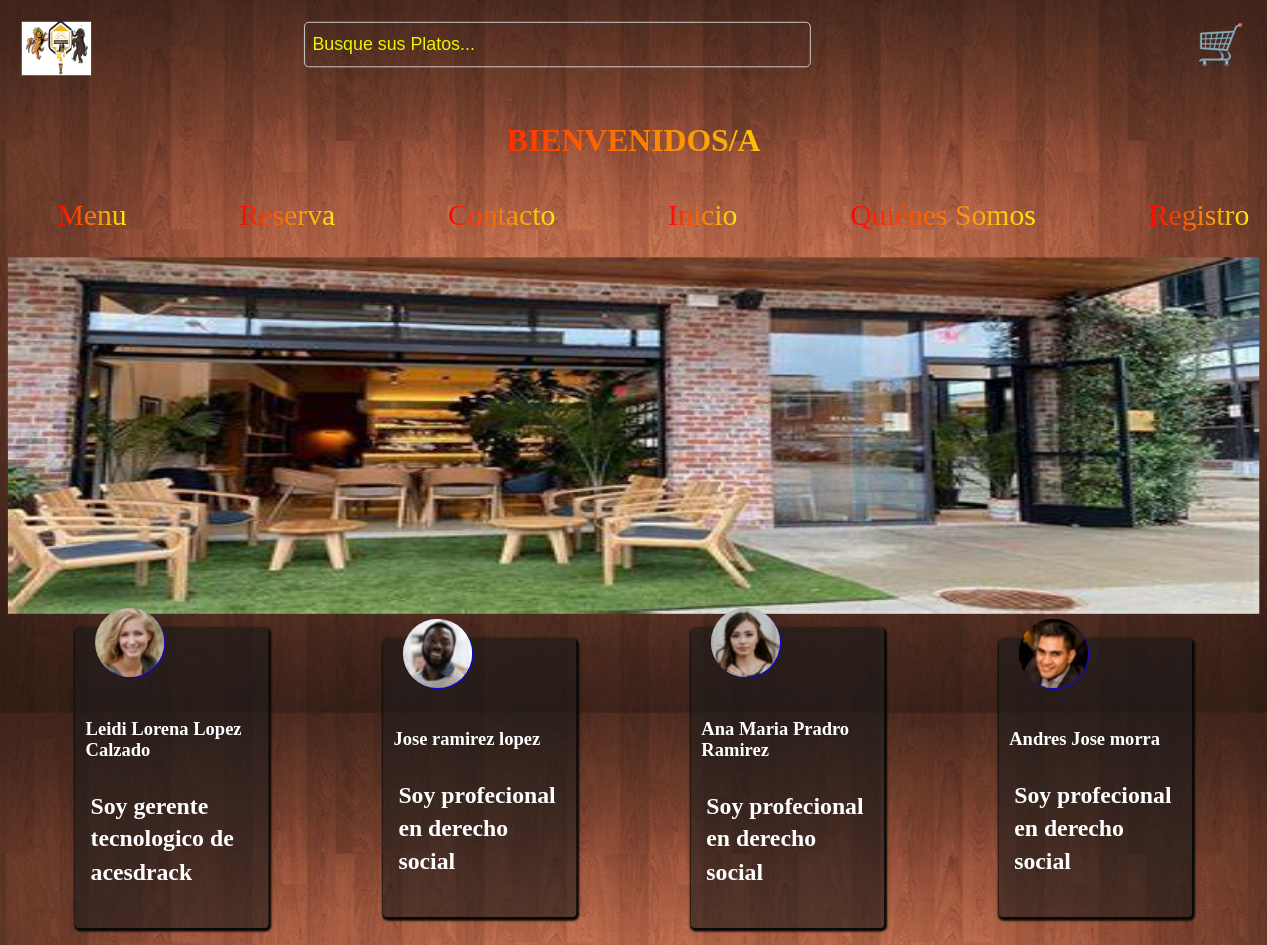
Repository: ye909/app_restaurante
Page: index.html
An editor plug-in stored every save of this project. The page is shown before and after the next save, followed by the edit.
The browser window is 1280 px wide. The pictures show the whole page, at 99% of full size.
Backgrounds fixed to the window are drawn as part of the page.

Above is the page before, as saved 2025-01-12 07:22:48.
Console error: ReferenceError: menuItems is not defined

### index.html
<!DOCTYPE html>
<html lang="en">

<head>
  <meta charset="UTF-8">
  <meta name="viewport" content="width=device-width, initial-scale=1.0">
  <title>Document</title>
  <link rel="Icon" href="./public/imagen/letra.ico">
  <link rel="stylesheet" href="/css/menu_principal.css">
  <link rel="stylesheet" href="/css/footer.css">
  <link rel="stylesheet" href="/css/heder.css">
  <link rel="stylesheet" href="/css/modal_card.css">
  <link rel="stylesheet" href="/css/stilo.css">
  <link rel="stylesheet" href="/css/menu_navegacion.css">
  <link rel="stylesheet" href="/css/reservar.css">

</head>

<body>
  <header>
    <div class="container_header_card">
      <div class="imagen"><img src="/public/imagen/login.gif" alt=""></div>

      <input type="text" id="buscar" class="buscar" placeholder="Busque sus Platos...">
      <ul id="productList" class="productList"></ul>

      <div id="cart-btn" class="shopping">🛒</div>

  </header>



  <h1 class="bienvenida" id="bienvenida">BIENVENIDOS/A</h1>
  <nav>
    <ul>
      <li id="menu-btn"><a href="#">Menu</a></li>

      <li><a href="./maquetacion/templei/reserva.html" target="_self">Reserva</a></li>
      <li><a href="#contacto">Contacto</a></li>
      <li><a href="./public/templeis/login.html" target="_self">Inicio</a></li>
      <li><a href="#somos">Quiénes Somos</a></li>
      <li><a href="./public/templeis/registro.html" target="_self">Registro</a> </li>
    </ul>
  </nav>
 <img src="./public/imagen/rrstaurante1.jpg" alt="" class="imgRestaurante">

  <main id="menu-view" class="menu-view">
    <div class="filter-buttons">
      <button class="filter" data-region="Todos">Todos</button>
      <button class="filter" data-region="Latinoamérica">Latinoamérica</button>
      <button class="filter" data-region="Centroamérica">Centroamérica</button>
      <button class="filter" data-region="Suramérica">Suramérica</button>
    </div>
    <div id="menu-items" class="menu-items"></div>
    <div>
      <h1>aaas</h1>
    </div>
    <audio id="clickSound" src="./public/audio/mouse_btn3.mp3"></audio>
  </main>


  <main id="cart-view" class="cart-view">
    <h2 class="carro">Carrito de Compras</h2>
    <div id="cart-items" class="cart-items"></div>
    <div class="cart-total">
      <p>Total: <span id="cart-total">$0.00</span></p>
      <button id="back-to-menu">Volver al Menú</button>
      <button id="Domicilio"> <a href="./maquetacion/templei/domicilio.html"  target="_self">Domicilio</a></button>

    </div>
  </main>

  <div class="container_card_persona">

    <article class="container_persona">
      <img src="./public/imagen/mona.jpg" alt=""><br><br>
      <h3>Leidi Lorena Lopez Calzado</h3>
      <p>Soy gerente tecnologico de acesdrack </p>
    </article>

    <article class="container_persona">
      <img src="./public/imagen/afro.jpg" alt=""><br><br>
      <h3>Jose ramirez lopez</h3>
      <p>Soy profecional en derecho social</p>
    </article>


    <article class="container_persona">
      <img src="./public/imagen/indigena.jpg" alt=""><br><br>
      <h3>Ana Maria Pradro Ramirez</h3>
      <p>Soy profecional en derecho social</p>
    </article>

    <article class="container_persona">
      <img src="./public/imagen/mestizo.jpg" alt=""><br><br>
      <h3>Andres Jose morra</h3>
      <p>Soy profecional en derecho social</p>
    </article>


  </div>
  <!--
  <p class="text_invitacion"> Los envitamos a que descubra una explosión de sabores en cada bocado. <br>
    Tu próxima experiencia gastronómica inolvidable te espera.
  </p>
  <br> <br>

  <div class="quienes_somos" id="somos">
    <h1>Quiénes Somos</h1>
    <p>En <strong>Gostriafromix</strong>, somos un restaurante apasionado por la buena comida y el servicio de calidad.
      <br>
      Fundado con el propósito de ofrecer una experiencia gastronómica única, combinamos ingredientes frescos con
      recetas innovadoras para crear platos que deleitan el paladar. <br>
      Nuestro equipo está compuesto por chefs experimentados y personal dedicado que trabaja día a día para hacer que
      cada visita sea inolvidable.
    </p>
    <p>Nuestro objetivo es brindarte un ambiente acogedor donde puedas disfrutar de momentos especiales, ya sea con
      amigos, familiares o en una ocasión especial. Te invitamos a
      visitarnos y descubrir por qué somos el lugar preferido por los amantes de la buena comida.</p>
  </div>

  <footer>
    <div class="conataine_footer">
      <div>
        <h4>Servicio al ciudadano</h4>
        <p><span>L</span>ínea directa <br> <br> (601) 2773555</p>
        <p id="domicilio"><span>S</span>ervicios ha domicilio<br> <br>328866178 <br><br>Dirreccion calle 12# 43-23 sur
        </p>

      </div>

      <div>
        <h4>Lineas de atencion</h4>
        <p><span>E</span>n Bogotá, <br> desde fijo o celular, al <br><br>
          (601) 307 70 51 <br><br>
          01 8000 930100 <br><br>
          <span>D</span>esde celular marca <br><br>
          #961
        </p>
      </div>
      <div>
        <h4>Redes</h4>
        <div><a href=""><i class="fa-brands fa-facebook"> </i></a> Facebook</div>
        <div><a href=""><i class="fa-brands fa-twitter"></i></a>Twitter</div>
        <div><a href=""><i class="fa-brands fa-linkedin"></i> </a>Linkedin</div>
        <div><a href=""><i class="fa-brands fa-instagram"></i></a> Instagram</div>
      </div>
      <div>
        <h4 id="contacto">Contacto</h4>
        <p><span>D</span>irección Nacional<br><br>
          <span>C</span>arrera 85K No. 46A-66<br><br>
          <span>b</span>ogotá D.C., Colombia<br><br>
          <span>T</span>eléfono administrativo<br><br>
          (60)1 419 3000
        </p>
      </div>

      <div>
        <h4> Canales de atención</h4>
        <p><a href="#">Preguntas frecuentes</p></a><br>
        <p><a href="#">Escríbe tu PQRS</p></a><br>
        <p><a href="#">Nuestras sedes</p></a>
      </div>
    </div>
  </footer>
  <div class="container_final">2024 Bogota Colombia D.C</div> -->


  <script src="./js/script.js"></script>
  <script src="./js/productos.js"></script>
  <script src="./js/dinamico.js"></script>
</body>

</html>

### css/menu_principal.css
:scope{
    padding: 0%;
    margin: 0%;
    overflow: scroll;
}

html {
    scroll-behavior: smooth;
    background-image: url(../public/imagen/janos.jpg);
    background-repeat: no-repeat;
    background-size: cover;
    background-attachment: fixed;
    background-size: 100% 100%;
    height: auto;
  }
  .container_card_persona {
    display: flex;
    justify-content: space-around;
    align-items: center;
    flex-direction: row;
    flex-wrap: wrap;
    padding: 10px;
  }
  .container_persona {
    width: 14%;
    background: rgba(26, 25, 25, 0.6);
    border-radius: 4px;
    color: white;
    padding: 10px;
    height: auto;
    box-shadow: rgb(8, 8, 8) 1px 2px 2px 2px;
  }
  .container_persona img {
    object-fit: cover;
    width: 40%;
    margin-left: 10px;
    margin-top: -30px;
    border-radius: 80px;
    box-shadow: rgb(8, 4, 247) 1px 1px 1px;
  }
/*






  h3 {
    text-align: center;
    color: yellow;
  }
  .container_persona p {
    padding: 6px;
    font-size: 18px;
    list-style: 1.4;
  }

  .quienes-somos {
    width: 100%;
    text-align: center;
    background: rgba(232, 232, 157, 0.4);
  }
  .quienes-somos p {
    font-size: 30px;
    line-height: 1.4;
  }

  .text_invitacion {
    font-size: 25px;
    line-height: 1.4;
    width: 99%;
    text-align: center;
    background: rgba(232, 232, 157, 0.2);
  }
   */

### css/footer.css
.conataine_footer {
  display: flex;
  justify-content: space-between;
  flex-direction: row;
  flex-wrap: wrap;
  margin: 10px;
}

p {

  padding: 5px;
  font-size: 20px;
  font-weight: bold;
}
span {
  font-size: 25px;
}
.quienes_somos {
  background:rgba(161, 161, 59, 0.5);
}
.quienes_somos p{
  text-align: center;
font-size: 25px;
}
:is(.container_final) {
  display: flex;
  justify-content: center;
  align-items: center;
}

h4 {
  color: blue;
  font-size: 30px;
}
:is(.container_final, h4, i) {
  padding: 10px;
}
.container_final {
  background: rgba(12, 12, 12, 0.2);
  color: white;
}
.fa-facebook {
  color: rgb(5, 5, 253);
}
.fa-twitter {
  color: rgb(8, 123, 245);
}
.fa-linkedin {
  color: rgb(71, 71, 155);
}
.fa-instagram {
  color: rgb(243, 17, 17);
}
a {
  cursor: pointer;

}
footer a {
  font-size: 20px;
  color: white;
}
footer {
  background: rgba(10, 10, 10, 0.6);
  color: white;
}

### css/heder.css
.container_header_card{
    display: flex;
    justify-content: space-between;
    justify-items: center;
    flex-direction: row;
    flex-wrap: wrap;
    padding: 14px;
    }

 .productList {
     list-style-type: none;
     padding: 0;
 }

 .productList li {
     padding: 10px;
     border-bottom: 1px solid #ccc;
 }

 .productList li:last-child {
     border-bottom: none;
 }

  .container_header_card img{
    width: 70px;
}
  .shopping{
    font-size: 40px;
cursor: pointer;
}
.buscar::placeholder{
    color:rgb(232, 248, 3);
    font-size: 18px;
}

.buscar {
    width: 40%;
    height: 3.9vh;
    background:transparent;
    color:white;
    font-size: 18px;
    border-radius: 5px;
    margin-left: 20px;
}
:is(.bienvenida,
 .buscar){
     padding: 8px;
 }
 .bienvenida{
    background-image:linear-gradient(to left, rgb(4, 151, 4), rgb(248, 244, 7),  red,rgb(14, 14, 240));
    -webkit-text-fill-color:transparent;
    -webkit-background-clip: text;
    background-clip: text;
    text-align: center;


}

### css/modal_card.css
t-items{
     display: none;
}
.card {
  width: 15%;
  height: 20vh;
  padding: 10px;
  background: rgba(0, 0, 0, 0.4);
  border-radius: 10px;
}
h1{
  text-align: center;
  padding: 10px;

}
.carro{
  color:yellow;
}
.card img {
  width: 100%;
  height: 150px;
  object-fit: cover;
  border-radius: 5px;
}
.cart-view,.menu-view{
  display: none;
}
.card button {
  margin-top: 10px;
  background-color: #007bff;
  color: white;
  border: none;
  padding: 10px;
  border-radius: 5px;
  cursor: pointer;
}

.card button:hover {
  background-color: #0056b3;
}

.cart-total {
  text-align: right;
  margin: 20px;
}


.cart-total{
  font-size: 20px;
  color:blue;
}
button {
  width: 270px;
  padding: 10px;

  margin: 10px;
  transition: background-color 0.3s ease, transform 0.2s ease;
  border-radius: 20px ;
  background: rgba(247, 247, 248, 0.568) ;
  color: blue;
  font-size: 20px;
}
button:hover {
  border: none;
  background: #0606f8fd;
  color: black;
  box-shadow: rgb(7, 71, 236) 2px 2px 2px, rgb(7, 71, 236) 2px 2px 2px,
    rgb(7, 71, 236) 2px 2px 2px, rgb(7, 71, 236) 2px 2px 2px;
}

### css/stilo.css


/*

    .filter-buttons {
      margin: 20px;
      text-align: center;
    }

    .filter {
      margin: 5px;
      padding: 10px 15px;
      background-color: #007bff;
      color: white;
      border: none;
      cursor: pointer;
      border-radius: 5px;
    }

    .filter:hover {
      background-color: #0056b3;
    }
    .menu-items,.cart-view{
      display: flex;
      justify-content: space-between;
      justify-content: center;
      flex-direction: row;
      flex-wrap: wrap;
      gap: 20px;
    }
     */

### css/menu_navegacion.css


ul{
display: flex;
justify-content: space-between;
text-align: center;
flex-direction: row;
flex-wrap: wrap;
}
li{
    font-size: 30px;
    list-style: none;
margin: 10px;

}
.imgRestaurante {
    width: 100%;
    height: 50vh;

  }
a{

    list-style: none;
    text-decoration: none;
    color: blue;
}
li:hover{
    transition: 1s ease , transform 1s ease;
    border-bottom: 2px solid yellow;


}
nav a{
    background-image:linear-gradient(to left, rgb(248, 244, 7),  red);
    -webkit-text-fill-color:transparent;
    -webkit-background-clip: text;
    background-clip: text;
    text-align: center;
}

### css/reservar.css

html {
    scroll-behavior: smooth;
    background-image: url(../public/imagen/fondo_card.jpg);
    background-repeat: no-repeat;
    background-size: cover;
    background-attachment: fixed;
    background-size: 100% 100%;
    height: auto;
  }
.container {
    max-width: 450px;
    margin: 100px 700px;
    background:rgba(14, 13, 13,0.3);
    box-shadow: rgb(7, 71, 236)  1px 1px 1px 2px,rgb(7, 71, 236) 1px  1px 1px 2px;
    padding: 20px;
    border-radius: 8px;

}
.form{
  padding: 10px;
  margin-left: 30px;
}
.title {
    text-align: center;
    font-size: 30px;
    margin-bottom: 20px;
  }

  .form-group {
    margin-bottom: 15px;
  }


  label {
    display: block;
    margin-bottom: 5px;
    font-weight: bold;
    font-size: 25px;
  }
  ::placeholder{
    font-size: 20px;
  }
  input:focus{

  outline: 1px solid #007BFF;
  background:transparent;
  color:white;
  }
  input, textarea {
    width: 80%;
    padding: 10px;
    border: 1px solid #ccc;
    border-radius: 4px;
  }
  #hora{
    width: 60%;
  }

  .inline-group {
    display: flex;
    gap: 15px;
  }

  .inline-group > div {
    flex: 1;
  }

  textarea {
    resize: vertical;
  }

.submit-button {
  width: 86%;
  padding: 10px;
  background-color: #007BFF;
  color: white;
  border: none;
  border-radius: 4px;
  font-size: 16px;
  cursor: pointer;
}

.submit-button:hover {
  background-color: #0056b3;
}

/*crear la animacion donde el mensaje salga de ariba asta el centro de la panta */

.container_modal_reserva{
  transition: 2s;
  max-width: 450px;
  margin: 100px 700px;
  background:rgba(14, 13, 13,0.3);
  box-shadow: rgb(7, 71, 236)  1px 1px 1px 2px,rgb(7, 71, 236) 1px  1px 1px 2px;
  padding: 20px;
  border-radius: 8px;
 opacity: 0;

}
h1 {
  color: #007bff;
  text-align: center;
}
p {
  line-height: 1.4;
  font-size: 24px;
}
.mensaje{
  text-align: center;
  font-weight: bolder;
}
.validar_nombre{
    font-size: 30px;
    color: white;
}

### js/script.js

  let cart = [];
  let selectedRegion = "Todos";

  const menuView = document.getElementById("menu-view");
  const cartView = document.getElementById("cart-view");
  const menuItemsContainer = document.getElementById("menu-items");
  const cartItemsContainer = document.getElementById("cart-items");
  const cartTotal = document.getElementById("cart-total");

  document.querySelectorAll(".filter").forEach(button => {
    button.addEventListener("click", () => {
      selectedRegion = button.getAttribute("data-region");
      renderMenu();
    });
  });

  document.getElementById("menu-btn").addEventListener("click", () => {
    menuView.style.display = "block";
    cartView.style.display = "none";
  });

  document.getElementById("cart-btn").addEventListener("click", () => {
    menuView.style.display = "none";
    cartView.style.display = "block";
    renderCart();
  });

  document.getElementById("back-to-menu").addEventListener("click", () => {
    menuView.style.display = "block";
    cartView.style.display = "none";
  });

  function renderMenu() {
    menuItemsContainer.innerHTML = "";
    const filteredItems = selectedRegion === "Todos" ? menuItems : menuItems.filter(item => item.region === selectedRegion);
    filteredItems.forEach(item => {
      const card = document.createElement("div");
      card.className = "card";
      card.innerHTML = `
        <img src="${item.image}" alt="${item.name}">
        <h3>${item.name}</h3>
        <p>${item.description}</p>
        <p><strong>$${item.price.toFixed(2)}</strong></p>
        <button onclick="addToCart(${item.id})">Agregar</button>
      `;
      menuItemsContainer.appendChild(card);
    });
  }

  function renderCart() {
    cartItemsContainer.innerHTML = "";
    cart.forEach(item => {
      const cartItem = document.createElement("div");
      cartItem.className = "card";
      cartItem.innerHTML = `
        <h3>${item.name}</h3>
        <p>Cantidad: ${item.quantity}</p>
        <p><strong>$${(item.price * item.quantity).toFixed(2)}</strong></p>
      `;
      cartItemsContainer.appendChild(cartItem);
    });
    const total = cart.reduce((sum, item) => sum + item.price * item.quantity, 0);
    cartTotal.textContent = `$${total.toFixed(2)}`;
  }

  function addToCart(id) {
    const item = menuItems.find(item => item.id === id);
    const cartItem = cart.find(item => item.id === id);
    if (cartItem) {
      cartItem.quantity++;
    } else {
      cart.push({ ...item, quantity: 1 });
    }
  }

  renderMenu();

### js/productos.js
const menuItems = [
  { id: 1, name: "Tacos al Pastor", description: "Delicious tacos", price: 12.99, image: "https://via.placeholder.com/150", region: "Latinoamérica" },
  { id: 2, name: "Pupusas", description: "Thick griddle cakes", price: 9.99, image: "https://via.placeholder.com/150", region: "Centroamérica" },
  { id: 3, name: "Ceviche", description: "Fresh seafood", price: 15.99, image: "https://via.placeholder.com/150", region: "Suramérica" },
];


// const menuItems = [

//     {
//       id:1,
//       nombre: "Bebida caliente",
//       img: "./public/imagen/bebidas_calientes1.PNG",
//       precio: 20000,
//       descripcion1: "hecho en los mejores lugares de paris",
//       cantidad: 1,
//     },

//     {
//       id:4,
//     precio:10000,
//     nombre:"carne",
//     img:"./public/imagen/mexica1.jpg",
//       descripcion:"Los tacos son uno de los mida "
//     , descripcion1:"tanos"
//     },
//     {
//       id:5,
//       precio:100,
//       nombre:"Sancocho",
//       img:"./public/imagen/sancocho.webp",
//         descripcion:"ya no kkkkk",
//          descripcion1:"plato de casula"
//     },
//     {
//       id:6,
//       precio:30000,
//     nombre:"Lechona",
//     img:"./public/imagen/mexica2.jpg",
//       descripcion:"La lechona es un plato típico de la "
//      ,descripcion1:"plátanos rellenos"
//     },
//     {
//       id:7,
//     precio:90000,
//     nombre:"Postre",
//     img:"./public/imagen/postre2.PNG",
//       descripcion:"ya nhhjshhshao ",
//        descripcion1:"Sabor y dulsura en el plato"
//     },
//     {
//       id:8,
//     precio:10000,
//     nombre:"Coltel",
//     img:"./public/imagen/coltel.webp",
//       descripcion:"Los tacos son uno de comida "
//     , descripcion1:"tanos"
//     },

//     {
//       id:10,
//       precio:30000,
//     nombre:"Cerveza",
//     img:"./public/imagen/cervezas.webp",
//       descripcion:"La lechona es un conoce como "
//      ,descripcion1:"plátanos rellenos"
//     },
//     {
//       id:9,
//       precio:100,
//       nombre:"plátanos rellenos",
//       img:"./public/imagen/platano.PNG",
//         descripcion:"ya no kkkkk",
//          descripcion1:"Rellenos de bocadillo y queso"
//     },
//     {
//       id:10,
//       precio:30000,
//     nombre:"Jugos",
//     img:"./public/imagen/JUGOS_NATURALES.jpg",
//       descripcion:"La lechona es unente se conoce como "
//      ,descripcion1:"plátanos rellenos"
//     },
//     {
//       id:11,
//     precio:90000,
//     nombre:"Arrozanas",
//     img:"./public/imagen/mexico6.jpg",
//       descripcion:"ya nhhjshhshao ",
//        descripcion1:"plátanos rellenos"
//     },
//     {
//     id:11,
//     precio:90000,
//     nombre:"Licor",
//     img:"./public/imagen/licores.webp",
//       descripcion:"ya nhhjshhshao ",
//        descripcion1:"plátanos rellenos"
//     }
//     //    contenido:"ya no"
//   ];

### js/dinamico.js


const menuview = document.getElementById("menu-view")
const menu_principal=document.getElementById("menu_principal").addEventListener("click",ver_menu)

// texto de bienvenida

setTimeout(()=>{
    const bienvenida = document.getElementById("bienvenida").remove()
    bienvenida.style.transition=" background-color 0.3s ease, transform 0.7s ease; "
},3000)


// audio de los botones
const playSound = function () {
    var audio = document.getElementById("clickSound");
    audio.play();
  }





// // Ejemplo de notificación (opcional)
// document.getElementById('btnboton_agregar').addEventListener('click', () => {
//     if (Notification.permission === 'granted') {
//         new Notification('¡Hola desde tu PWA!');
//     } else if (Notification.permission !== 'denied') {
//         Notification.requestPermission().then((permission) => {
//             if (permission === 'granted') {
//                 new Notification('¡Hola desde tu PWA!');
//             }
//         });
//     }
// });

After the next save:
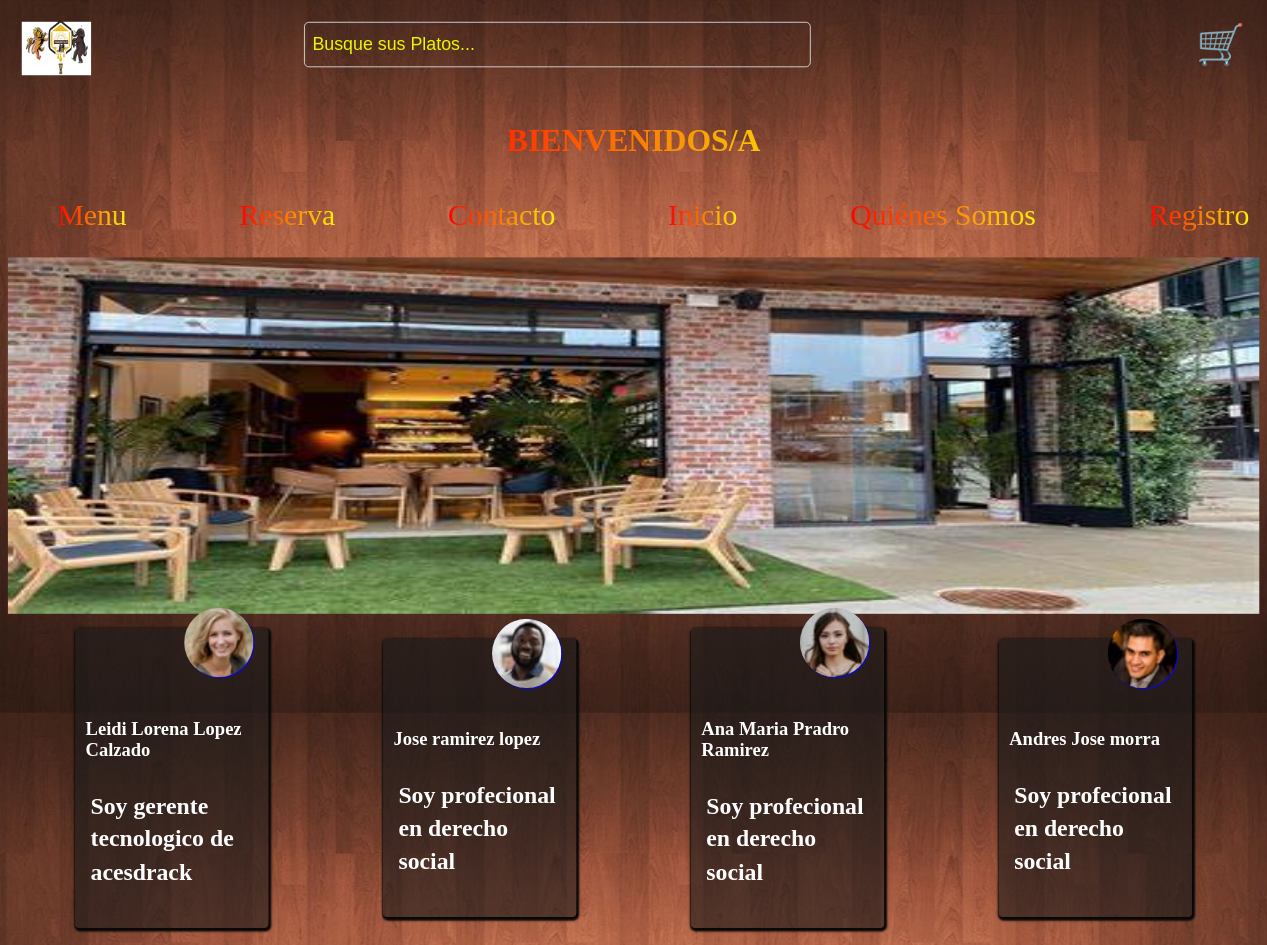
Saved 10 s later.
--- a/css/menu_principal.css
+++ b/css/menu_principal.css
@@ -33,7 +33,7 @@ html {
   .container_persona img {
     object-fit: cover;
     width: 40%;
-    margin-left: 10px;
+    margin-left: 100px;
     margin-top: -30px;
     border-radius: 80px;
     box-shadow: rgb(8, 4, 247) 1px 1px 1px;
